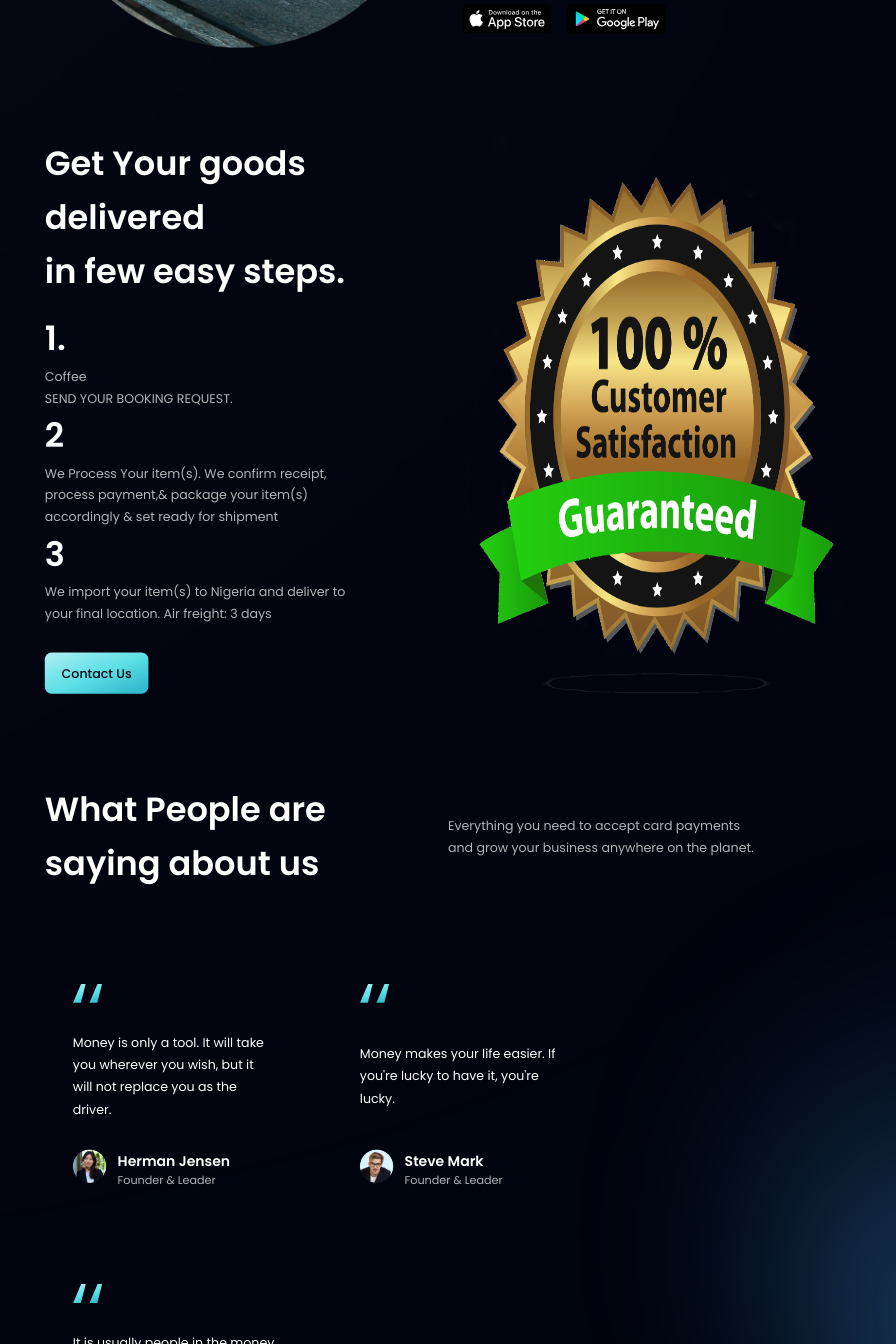
Repository: Miracleoluebube/captionlogistics
Page: /
These files come from the project's save history. The page is drawn as it stood at one moment and after the next save; the edit follows.
The browser window is 1280 px wide. The pictures show the part of the page from y = 2480 to 4400 px (the page is 5677 px tall before and 5646 px after), at 70% of full size.
The project was rebuilt for these pictures with package versions that can differ from the ones it lists, and the page was loaded fresh each time. Also part of the build but not shown: vite.config.js.

Above is the page before, as saved 2022-10-02 18:03:29.

### src/index.css
/* :root {
  font-family: Inter, Avenir, Helvetica, Arial, sans-serif;
  font-size: 16px;
  line-height: 24px;
  font-weight: 400;

  color-scheme: light dark;
  color: rgba(255, 255, 255, 0.87);
  background-color: #242424;

  font-synthesis: none;
  text-rendering: optimizeLegibility;
  -webkit-font-smoothing: antialiased;
  -moz-osx-font-smoothing: grayscale;
  -webkit-text-size-adjust: 100%;
}

a {
  font-weight: 500;
  color: #646cff;
  text-decoration: inherit;
}
a:hover {
  color: #535bf2;
}

body {
  margin: 0;
  display: flex;
  place-items: center;
  min-width: 320px;
  min-height: 100vh;
}

h1 {
  font-size: 3.2em;
  line-height: 1.1;
}

button {
  border-radius: 8px;
  border: 1px solid transparent;
  padding: 0.6em 1.2em;
  font-size: 1em;
  font-weight: 500;
  font-family: inherit;
  background-color: #1a1a1a;
  cursor: pointer;
  transition: border-color 0.25s;
}
button:hover {
  border-color: #646cff;
}
button:focus,
button:focus-visible {
  outline: 4px auto -webkit-focus-ring-color;
}
*/

@import url("https://fonts.googleapis.com/css2?family=Poppins:wght@400;500;600;700;800;900&display=swap");

@tailwind base;
@tailwind components;
@tailwind utilities;

:root {
  --black-gradient: linear-gradient(
    144.39deg,
    #ffffff -278.56%,
    #6d6d6d -78.47%,
    #11101d 91.61%
  );
  --card-shadow: 0px 20px 100px -10px rgba(66, 71, 91, 0.1);
}

* {
  scroll-behavior: smooth;
}

.text-gradient {
  background: radial-gradient(
    64.18% 64.18% at 71.16% 35.69%,
    #def9fa 0.89%,
    #bef3f5 17.23%,
    #9dedf0 42.04%,
    #7de7eb 55.12%,
    #5ce1e6 71.54%,
    #33bbcf 100%
  );
  -webkit-background-clip: text;
  -webkit-text-fill-color: transparent;
  background-clip: text;
  text-fill-color: transparent;
}

.bg-blue-gradient {
  background: linear-gradient(
    157.81deg,
    #def9fa -43.27%,
    #bef3f5 -21.24%,
    #9dedf0 12.19%,
    #7de7eb 29.82%,
    #5ce1e6 51.94%,
    #33bbcf 90.29%
  );
}

.bg-black-gradient {
  background: linear-gradient(
    144.39deg,
    #ffffff -278.56%,
    #6d6d6d -78.47%,
    #11101d 91.61%
  );
}

.bg-black-gradient-2 {
  background: linear-gradient(
    -168.39deg,
    #ffffff -278.56%,
    #6d6d6d -78.47%,
    #11101d 91.61%
  );
}

.bg-gray-gradient {
  background: linear-gradient(
    153.47deg,
    rgba(255, 255, 255, 0) -341.94%,
    #14101d 95.11%
  );
}

.bg-discount-gradient {
  background: linear-gradient(125.17deg, #272727 0%, #11101d 100%);
}

.box-shadow {
  box-shadow: 0px 20px 100px -10px rgba(66, 71, 91, 0.1);
}

.sidebar {
  -webkit-animation: slide-top 0.5s cubic-bezier(0.25, 0.46, 0.45, 0.94) both;
  animation: slide-top 0.5s cubic-bezier(0.25, 0.46, 0.45, 0.94) both;
}

@-webkit-keyframes slide-top {
  0% {
    -webkit-transform: translateY(100px);
    transform: translateY(100px);
  }
  100% {
    -webkit-transform: translateY(0);
    transform: translateY(0);
  }
}

@keyframes slide-top {
  0% {
    -webkit-transform: translateY(100px);
    transform: translateY(100px);
  }
  100% {
    -webkit-transform: translateY(0);
    transform: translateY(0);
  }
}

.feature-card:hover {
  background: var(--black-gradient);
  box-shadow: var(--card-shadow);
}

.feedback-container .feedback-card:last-child {
  margin-right: 0px;
}

.feedback-card {
  background: transparent;
}

.feedback-card:hover {
  background: var(--black-gradient);
}

.blue__gradient {
  background: linear-gradient(180deg, rgba(188, 165, 255, 0) 0%, #214d76 100%);
  filter: blur(123px);
}

.pink__gradient {
  background: linear-gradient(90deg, #f4c4f3 0%, #fc67fa 100%);
  filter: blur(900px);
}

.white__gradient {
  background: rgba(255, 255, 255, 0.6);
  filter: blur(750px);
}


@media (prefers-color-scheme: light) {
  :root {
    color: #213547;
    background-color: #ffffff;
  }
  a:hover {
    color: #747bff;
  }
  button {
    background-color: #f9f9f9;
  }
}

### src/style.js
const styles = {
  boxWidth: "xl:max-w-[1280px] w-full",

  heading2: "font-poppins font-semibold xs:text-[48px] text-[40px] text-white xs:leading-[76.8px] leading-[66.8px] w-full",
  paragraph: "font-poppins font-normal text-dimWhite text-[18px] leading-[30.8px]",

  flexCenter: "flex justify-center items-center",
  flexStart: "flex justify-center items-start",

  paddingX: "sm:px-16 px-6",
  paddingY: "sm:py-16 py-6",
  padding: "sm:px-16 px-6 sm:py-12 py-4",

  marginX: "sm:mx-16 mx-6",
  marginY: "sm:my-16 my-6",
};

export const layout = {
  section: `flex md:flex-row flex-col ${styles.paddingY}`,
  sectionReverse: `flex md:flex-row flex-col-reverse ${styles.paddingY}`,

  sectionImgReverse: `flex-1 flex ${styles.flexCenter} md:mr-10 mr-0 md:mt-0 mt-10 relative`,
  sectionImg: `flex-1 flex ${styles.flexCenter} md:ml-10 ml-0 md:mt-0 mt-10 relative`,

  sectionInfo: `flex-1 ${styles.flexStart} flex-col`,
};

export default styles;

### src/components/Navbar.jsx
import { useState } from "react";

import { close, logo, menu } from "../assets";
import { navLinks } from "../constants";

const Navbar = () => {
  const [active, setActive] = useState("Home");
  const [toggle, setToggle] = useState(false);

  return (
    <nav className="w-full flex py-6 justify-between items-center navbar">
      <img src={logo} alt="hoobank" className="w-[124px] h-[32px]" />

      <ul className="list-none sm:flex hidden justify-end items-center flex-1">
        {navLinks.map((nav, index) => (
          <li
            key={nav.id}
            className={`font-poppins font-normal cursor-pointer text-[16px] ${
              active === nav.title ? "text-white" : "text-dimWhite"
            } ${index === navLinks.length - 1 ? "mr-0" : "mr-10"}`}
            onClick={() => setActive(nav.title)}
          >
            <a href={`#${nav.id}`}>{nav.title}</a>
          </li>
        ))}
      </ul>

      <div className="sm:hidden flex flex-1 justify-end items-center">
        <img
          src={toggle ? close : menu}
          alt="menu"
          className="w-[28px] h-[28px] object-contain"
          onClick={() => setToggle(!toggle)}
        />

        <div
          className={`${
            !toggle ? "hidden" : "flex"
          } p-6 bg-black-gradient absolute top-20 right-0 mx-4 my-2 min-w-[140px] rounded-xl sidebar`}
        >
          <ul className="list-none flex justify-end items-start flex-1 flex-col">
            {navLinks.map((nav, index) => (
              <li
                key={nav.id}
                className={`font-poppins font-medium cursor-pointer text-[16px] ${
                  active === nav.title ? "text-white" : "text-dimWhite"
                } ${index === navLinks.length - 1 ? "mb-0" : "mb-4"}`}
                onClick={() => setActive(nav.title)}
              >
                <a href={`#${nav.id}`}>{nav.title}</a>
              </li>
            ))}
          </ul>
        </div>
      </div>
    </nav>
  );
};

export default Navbar;

### src/components/Billing.jsx
import { apple, bill, google } from "../assets";
import styles, { layout } from "../style";

const Billing = () => (
  <section id="product" className={layout.sectionReverse}>
    <div className={layout.sectionImgReverse}>
      <img src={bill} alt="billing" className="w-[100%] h-[100%] relative z-[5]" />

      {/* gradient start */}
      <div className="absolute z-[3] -left-1/2 top-0 w-[50%] h-[50%] rounded-full white__gradient" />
      <div className="absolute z-[0] w-[50%] h-[50%] -left-1/2 bottom-0 rounded-full pink__gradient" />
      {/* gradient end */}
    </div>

    <div className={layout.sectionInfo}>
      <h2 className={styles.heading2}>
        Why USE US FOR YOUR  <br className="sm:block hidden" /> SHIPPING &
        FREIGHT SERVICES?

      </h2>
      <p  className={`${styles.paragraph} max-w-[470px] mt-5`}>
      <ol>
  <li>Fast and Reliable</li>
  <li>Expert in the business</li>
  <li>24/7 customer Service</li>
  <li>Expert in the business, in & out!</li>
  <li>Very competitive price for high quality service</li>
  <li>Fully licensed and insured!</li>
</ol>
      </p>

      <div className="flex flex-row flex-wrap sm:mt-10 mt-6">
        <img src={apple} alt="google_play" className="w-[128.86px] h-[42.05px] object-contain mr-5 cursor-pointer" />
        <img src={google} alt="google_play" className="w-[144.17px] h-[43.08px] object-contain cursor-pointer" />
      </div>
    </div>
  </section>
);

export default Billing;

### src/components/CardDeal.jsx
import { card } from "../assets";
import styles, { layout } from "../style";
import Button from "./Button";

const CardDeal = () => (
  <section id="contact Us" className={layout.section}>
    <div className={layout.sectionInfo}>
      <h2 className={styles.heading2}>
        Get Your goods delivered  <br className="sm:block hidden" /> in few easy
        steps.
      </h2>
      <p className={`${styles.paragraph} max-w-[470px] mt-5`}>
      <ol type="1">
      <li className={styles.heading2}>1.</li>
  <h2><li >Coffee</li>
  SEND YOUR BOOKING REQUEST.


  </h2>
  <li className={styles.heading2}>2</li>
  <li>We Process Your item(s).
    We confirm receipt, process payment,& package your item(s) accordingly &
    set ready for shipment
  </li>
  <li className={styles.heading2}>3</li>
  <li>We import your item(s) to Nigeria and deliver to your final location. Air freight: 3 days </li>
</ol>
      </p>

      <Button styles={`mt-10`} />
    </div>

    <div className={layout.sectionImg}>
      <img src={card} alt="billing" className="w-[100%] h-[100%]" />
    </div>
  </section>
);

export default CardDeal;

### src/components/Business.jsx
import { features } from "../constants";
import styles, { layout } from "../style";
import Button from "./Button";

const FeatureCard = ({ icon, title, content, index }) => (
  <div className={`flex flex-row p-6 rounded-[20px] ${index !== features.length - 1 ? "mb-6" : "mb-0"} feature-card`}>
    <div className={`w-[64px] h-[64px] rounded-full ${styles.flexCenter} bg-dimBlue`}>
      <img src={icon} alt="star" className="w-[50%] h-[50%] object-contain" />
    </div>
    <div className="flex-1 flex flex-col ml-3">
      <h4 className="font-poppins font-semibold text-white text-[18px] leading-[23.4px] mb-1">
        {title}
      </h4>
      <p className="font-poppins font-normal text-dimWhite text-[16px] leading-[24px]">
        {content}
      </p>
    </div>
  </div>
);

const Business = () =>  (
  <section id="features" className={layout.section}>
    <div className={layout.sectionInfo}>
      <h2 className={styles.heading2}>
        You do the business, <br className="sm:block hidden" /> we’ll handle
        the Logistics.
      </h2>
      <p className={`${styles.paragraph} max-w-[470px] mt-5`}>
        Cargo goods are weighed and calculated in dollars per KG.
      Payment method will be made feasible either in our offices or via online
      into our bank accounts.
      Contact Us to Learn more.
      </p>

      <Button styles={`mt-10`} />
    </div>

    <div className={`${layout.sectionImg} flex-col`}>
      {features.map((feature, index) => (
        <FeatureCard key={feature.id} {...feature} index={index} />
      ))}
    </div>
  </section>
);

export default Business;

### src/components/CTA.jsx
import styles from "../style";
import Button from "./Button";

const CTA = () => (
  <section className={`${styles.flexCenter} ${styles.marginY} ${styles.padding} sm:flex-row flex-col bg-black-gradient-2 rounded-[20px] box-shadow`}>
    <div className="flex-1 flex flex-col">
      <h2 className={styles.heading2}>Let’s try our service now!</h2>
      <p className={`${styles.paragraph} max-w-[470px] mt-5`}>
        Everything you need to accept card payments and grow your business
        anywhere on the planet.
      </p>
    </div>

    <div  className={`${styles.flexCenter} sm:ml-10 ml-0 sm:mt-0 mt-10`}>
      <Button />
    </div>
  </section>
);

export default CTA;

### src/components/Stats.jsx
import { stats } from "../constants";
import styles from "../style";

const Stats = () => (
  <section className={`${styles.flexCenter} flex-row flex-wrap sm:mb-20 mb-6`}>
    {stats.map((stat) => (
      <div key={stat.id} className={`flex-1 flex justify-start items-center flex-row m-3`} >
        <h4 className="font-poppins font-semibold xs:text-[40.89px] text-[30.89px] xs:leading-[53.16px] leading-[43.16px] text-white">
          {stat.value}
        </h4>
        <p className="font-poppins font-normal xs:text-[20.45px] text-[15.45px] xs:leading-[26.58px] leading-[21.58px] text-gradient uppercase ml-3">
          {stat.title}
        </p>
      </div>
    ))}
  </section>
);

export default Stats;

### src/components/Footer.jsx
import styles from "../style";
import { logo } from "../assets";
import { footerLinks, socialMedia } from "../constants";

const Footer = () => (
  <section className={`${styles.flexCenter} ${styles.paddingY} flex-col`}>
    <div className={`${styles.flexStart} md:flex-row flex-col mb-8 w-full`}>
      <div className="flex-[1] flex flex-col justify-start mr-10">
        <img
          src={logo}
          alt="hoobank"
          className="w-[266px] h-[72.14px] object-contain"
        />
        <p className={`${styles.paragraph} mt-4 max-w-[312px]`}>
         Head Office address: Number 10&11, A.O plaza, ground floor,
         Mandilas market Lagos island
        </p>
      </div>

      <div className="flex-[1.5] w-full flex flex-row justify-between flex-wrap md:mt-0 mt-10">
        {footerLinks.map((footerlink) => (
          <div key={footerlink.title} className={`flex flex-col ss:my-0 my-4 min-w-[150px]`}>
            <h4 className="font-poppins font-medium text-[18px] leading-[27px] text-white">
              {footerlink.title}
            </h4>
            <ul className="list-none mt-4">
              {footerlink.links.map((link, index) => (
                <li
                  key={link.name}
                  className={`font-poppins font-normal text-[16px] leading-[24px] text-dimWhite hover:text-secondary cursor-pointer ${
                    index !== footerlink.links.length - 1 ? "mb-4" : "mb-0"
                  }`}
                >
                  {link.name}
                </li>
              ))}
            </ul>
          </div>
        ))}
      </div>
    </div>

    <div className="w-full flex justify-between items-center md:flex-row flex-col pt-6 border-t-[1px] border-t-[#3F3E45]">
      <p className="font-poppins font-normal text-center text-[18px] leading-[27px] text-white">
        Copyright Ⓒ 2022. CaptionLogistics. All Rights Reserved.
      </p>

      <div className="flex flex-row md:mt-0 mt-6">
        {socialMedia.map((social, index) => (
          <img
            key={social.id}
            src={social.icon}
            alt={social.id}
            className={`w-[21px] h-[21px] object-contain cursor-pointer ${
              index !== socialMedia.length - 1 ? "mr-6" : "mr-0"
            }`}
            onClick={() => window.open(social.link)}
          />
        ))}
      </div>
    </div>
  </section>
);

export default Footer;

### src/components/Testimonials.jsx
import { feedback } from "../constants";
import styles from "../style";
import FeedbackCard from "./FeedbackCard";

const Testimonials = () => (
  <section id="clients" className={`${styles.paddingY} ${styles.flexCenter} flex-col relative `}>
    <div className="absolute z-[0] w-[60%] h-[60%] -right-[50%] rounded-full blue__gradient bottom-40" />

    <div className="w-full flex justify-between items-center md:flex-row flex-col sm:mb-16 mb-6 relative z-[1]">
      <h2 className={styles.heading2}>
        What People are <br className="sm:block hidden" /> saying about us
      </h2>
      <div className="w-full md:mt-0 mt-6">
        <p className={`${styles.paragraph} text-left max-w-[450px]`}>
          Everything you need to accept card payments and grow your business
          anywhere on the planet.
        </p>
      </div>
    </div>

    <div className="flex flex-wrap sm:justify-start justify-center w-full feedback-container relative z-[1]">
      {feedback.map((card) => <FeedbackCard key={card.id} {...card} />)}
    </div>
  </section>
);

export default Testimonials;

### src/components/Hero.jsx
import styles from "../style";
import { discount, robot } from "../assets";
import GetStarted from "./GetStarted";

const Hero = () => {
  return (
    <section id="home" className={`flex md:flex-row flex-col ${styles.paddingY}`}>
      <div className={`flex-1 ${styles.flexStart} flex-col xl:px-0 sm:px-16 px-6`}>
        <div className="flex flex-row items-center py-[6px] px-4 bg-discount-gradient rounded-[10px] mb-2">
          <img src={discount} alt="discount" className="w-[32px] h-[32px]" />
          <p className={`${styles.paragraph} ml-2`}>
            <span className="text-white">Call us </span> +234{" "}
            <span className="text-white">806 {" "} 750 {" "} 7539</span>
          </p>
        </div>

        <div className="flex flex-row justify-between items-center w-full">
          <h1 className="flex-1 font-poppins font-semibold ss:text-[72px] text-[52px] text-white ss:leading-[100.8px] leading-[75px]">
            Your trusted <br className="sm:block hidden" />{" "}
            <span className="text-gradient">Freight & Shipping</span>{" "}
          </h1>
          <div className="ss:flex hidden md:mr-4 mr-0">
            <GetStarted />
          </div>
        </div>

        <h1 className="font-poppins font-semibold ss:text-[68px] text-[52px] text-white ss:leading-[100.8px] leading-[75px] w-full">
  company From Turkey to Nigeria.
        </h1>
        <p className={`${styles.paragraph} max-w-[470px] mt-5`}>
          We are a  full-service Cargo and Logistics
          company registered under the federal Republic of Nigeria that offers freight
          and shipping of goods from Turkey
          to Nigeria.Our Mission is to retain our leadership
          in providing affordable
          & efficient service. Visit us Today.
        </p>
      </div>

      <div className={`flex-1 flex ${styles.flexCenter} md:my-0 my-10 relative`}>
        <img src={robot} alt="billing" className="w-[100%] h-[100%] relative z-[5]" />

        {/* gradient start */}
        <div className="absolute z-[0] w-[40%] h-[35%] top-0 pink__gradient" />
        <div className="absolute z-[1] w-[80%] h-[80%] rounded-full white__gradient bottom-40" />
        <div className="absolute z-[0] w-[50%] h-[50%] right-20 bottom-20 blue__gradient" />
        {/* gradient end */}
      </div>

      <div className={`ss:hidden ${styles.flexCenter}`}>
        <GetStarted />
      </div>
    </section>
  );
};

export default Hero;

### src/assets/index.js
import airbnb from "./airbnb.png";
import bill from "./bill.png";
import binance from "./binance.png";
import card from "./card.png";
import coinbase from "./coinbase.png";
import dropbox from "./dropbox.png";
import logo from "./logo.svg";
import quotes from "./quotes.svg";
import robot from "./robot.png";
import send from "./Send.svg";
import shield from "./Shield.svg";
import star from "./Star.svg";
import menu from "./menu.svg";
import close from "./close.svg";
import google from "./google.svg";
import apple from "./apple.svg";
import arrowUp from "./arrow-up.svg";
import discount from "./Discount.svg";
import facebook from "./facebook.svg";
import instagram from "./instagram.svg";
import linkedin from "./linkedin.svg";
import twitter from "./twitter.svg";
import people01 from "./people01.png";
import people02 from "./people02.png";
import people03 from "./people03.png";

export {
  airbnb,
  bill,
  binance,
  card,
  coinbase,
  dropbox,
  logo,
  quotes,
  robot,
  send,
  shield,
  star,
  menu,
  close,
  google,
  apple,
  arrowUp,
  discount,
  facebook,
  instagram,
  linkedin,
  twitter,
  people01,
  people02,
  people03,
};

### src/components/Button.jsx
import React from "react";

const Button = ({ styles }) => (
  <a href="https://wa.me/2348067507539">
  <button  type="button" className={`py-4 px-6 font-poppins font-medium text-[18px] text-primary bg-blue-gradient rounded-[10px] outline-none ${styles}`}>
    Contact Us
  </button>
  </a>
);



export default Button;

### src/components/FeedbackCard.jsx
import { quotes } from "../assets";

const FeedbackCard = ({ content, name, title, img }) => (
  <div className="flex justify-between flex-col px-10 py-12 rounded-[20px]  max-w-[370px] md:mr-10 sm:mr-5 mr-0 my-5 feedback-card">
    <img src={quotes} alt="double_quotes" className="w-[42.6px] h-[27.6px] object-contain" />
    <p className="font-poppins font-normal text-[18px] leading-[32.4px] text-white my-10">
      {content}
    </p>

    <div className="flex flex-row">
      <img src={img} alt={name} className="w-[48px] h-[48px] rounded-full" />
      <div className="flex flex-col ml-4">
        <h4 className="font-poppins font-semibold text-[20px] leading-[32px] text-white">
          {name}
        </h4>
        <p className="font-poppins font-normal text-[16px] leading-[24px] text-dimWhite">
          {title}
        </p>
      </div>
    </div>
  </div>
);


export default FeedbackCard;

### src/components/GetStarted.jsx
import styles from "../style";
import { arrowUp } from "../assets";

const GetStarted = () => (
  <div className={`${styles.flexCenter} w-[140px] h-[140px] rounded-full bg-blue-gradient p-[2px] cursor-pointer`}>
    <div className={`${styles.flexCenter} flex-col bg-primary w-[100%] h-[100%] rounded-full`}>
      <div className={`${styles.flexStart} flex-row`}>
        <p className="font-poppins font-medium text-[18px] leading-[23.4px]">
          <span className="text-gradient">Track Your</span>
        </p>
        <img src={arrowUp} alt="arrow-up" className="w-[23px] h-[23px] object-contain" />
      </div>

      <p className="font-poppins font-medium text-[18px] leading-[23.4px]">
        <span className="text-gradient">Goods</span>
      </p>
    </div>
  </div>
);

export default GetStarted;

Loaded but not shown: index.html (common file); src/main.jsx (common file); src/App.jsx (common file); src/components/index.js (common file); src/components/Clients.jsx (common file); tailwind.config.cjs (common file); src/constants/index.js (203 lines, source omitted)

After the next save:
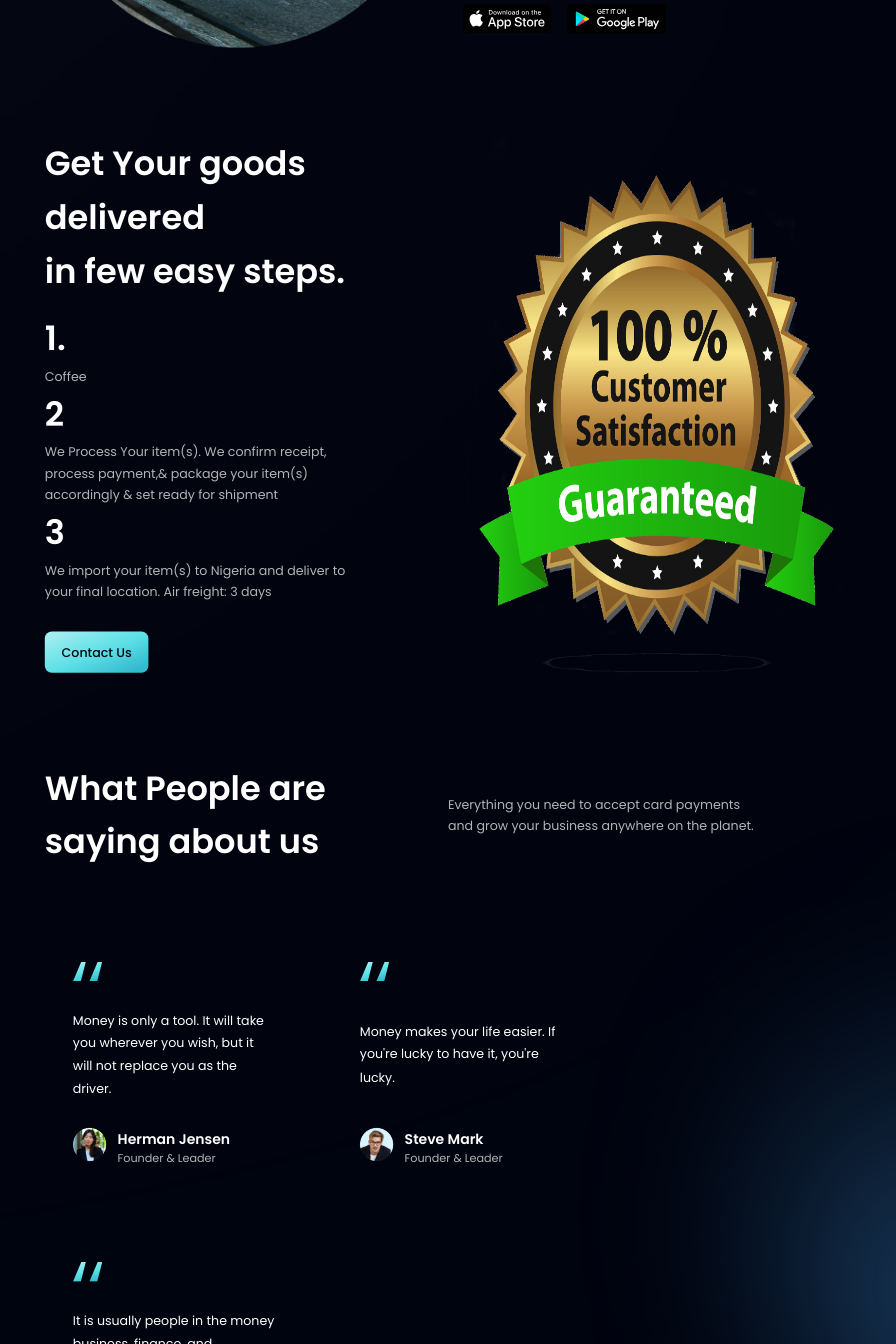
Saved 16 s later.
--- a/src/components/CardDeal.jsx
+++ b/src/components/CardDeal.jsx
@@ -13,7 +13,7 @@
       <ol type="1">
       <li className={styles.heading2}>1.</li>
   <h2><li >Coffee</li>
-  SEND YOUR BOOKING REQUEST.
+
 
 
   </h2>
